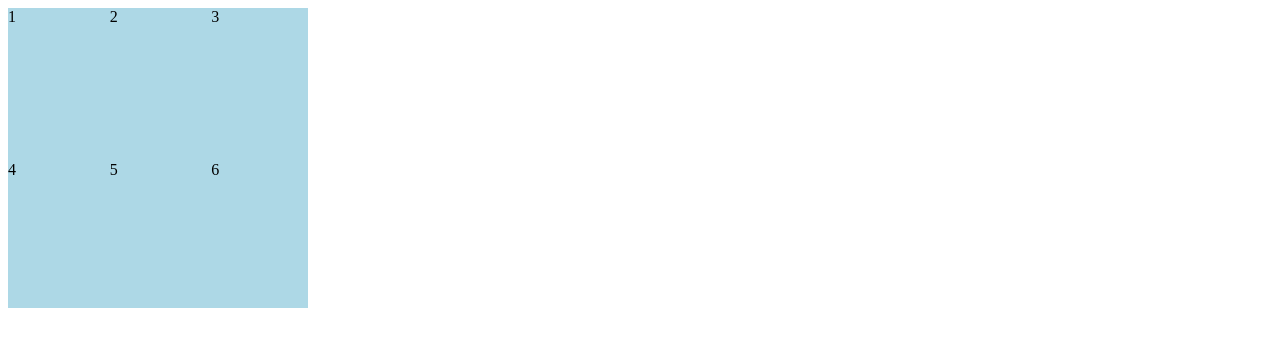
Repository: lucky-LoL735/jfsc
Page: grid.html
These files come from the project's save history. The page is drawn as it stood at one moment and after the next save; the edit follows.
The browser window is 1280 px wide. The pictures show the whole page.

Above is the page before, as saved 2022-11-17 10:39:35.

### grid.html
<!DOCTYPE html>
<html lang="en">
<head>
    <meta charset="UTF-8">
    <meta http-equiv="X-UA-Compatible" content="IE=edge">
    <meta name="viewport" content="width=<device-width>, initial-scale=1.0">
    <title>Document</title>
    <style>
        .main {
            width: 300px;
            height: 300px;
            background: lightblue;
            display: grid;
            grid-template-columns:repeat(3, 1fr);/* 1fr 1fr 1fr;/*3列*/
            grid-template-rows: repeat(2, 1fr);
            /*grid-template-rows: 1fr 1fr;/*2行*/
            gap: 5px;/*网格间距*/
        }
        main div {
            background: pink;
        }
    </style>
</head>
<body>
    <div class="main">
        <div>1</div>
        <div>2</div>
        <div>3</div>
        <div>4</div>
        <div>5</div>
        <div>6</div>
    </div>
</body>
</html>

After the next save:
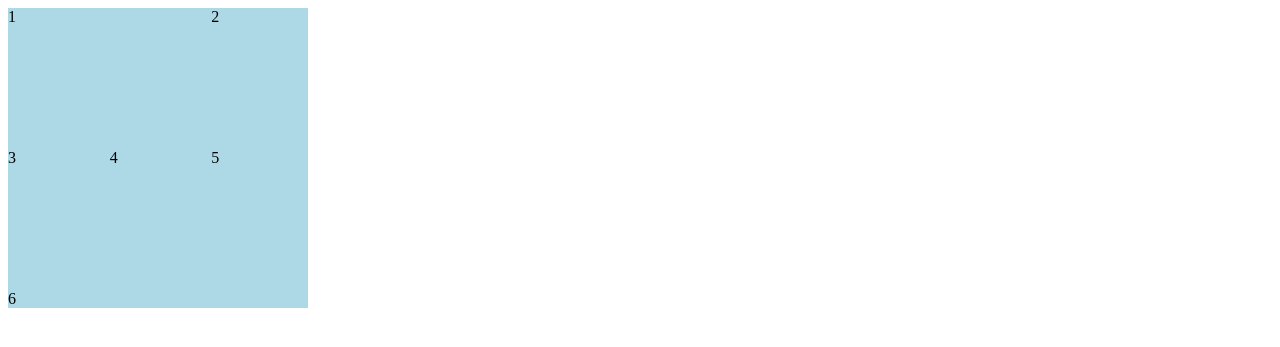
Saved 6 min 22 s later.
--- a/grid.html
+++ b/grid.html
@@ -19,6 +19,9 @@
         main div {
             background: pink;
         }
+        .main div:nth-of-type(1) {
+            grid-area: 1/1/span 1/span 2;
+        }
     </style>
 </head>
 <body>
